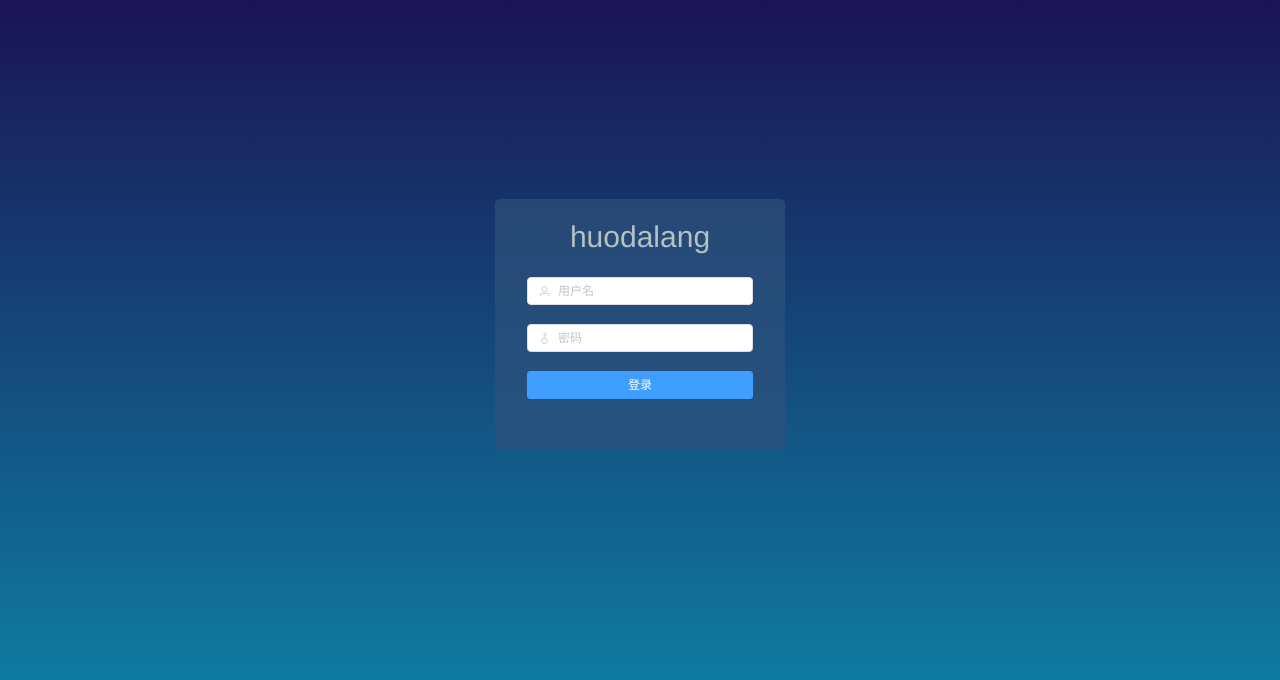
Repository: gaoxinke88888888/vue2-router-template
Page: /
The author's editor kept a copy of each file at every save. The page is drawn from the files as they stood at one save, then again after the next save.
The browser window is 1280 px wide. The pictures show the whole page.
The project was rebuilt for these pictures with package versions that can differ from the ones it lists, and the page was loaded fresh each time. Also part of the build but not shown: vue.config.js.

Above is the page before, as saved 2022-04-01 14:56:49.

### src/main.js
import Vue from "vue";
import ElementUI from 'element-ui';
import 'element-ui/lib/theme-chalk/index.css';
import App from "./App";

import router from './router/index.js'

Vue.use(ElementUI)

new Vue({
  el: "#app",
  router,
  render: (h) => h(App),
});

// new Vue({
//   el: "#app",
//   router: router,
//   render: (h) => h(App)
// });

### src/App.vue
<template>
  <div id="app">
    <router-view></router-view>
  </div>
</template>

<script>

export default {
  name: 'App'
}
</script>

<style>
#app {
  font-family: Avenir, Helvetica, Arial, sans-serif;
  -webkit-font-smoothing: antialiased;
  -moz-osx-font-smoothing: grayscale;
  color: #2c3e50;
  width: 100%;
  height: 100%;
}
html,body{
width: 100%;
height: 100%;
margin: 0 0 0 0;
}
</style>

### src/router/index.js

import VueRouter from 'vue-router'
import Vue from 'vue'
Vue.use(VueRouter)
const routes = [
  {
  path: '/',
  alias: '/home',
  name: 'home',
  meta: {},
  component: () => import('../view/home.vue'),
  },
  {
    path: '/login',
    name: 'login',
    meta: {},
    component: () => import('../view/login.vue'),
    },
]
const router = new VueRouter({
        routes,
        mode: 'history'
    })
router.beforeEach((to, from, next) => {
  let token = localStorage.getItem("token") || "";
  console.log(token);
  if (token) {
    next();
  } else {
    if (to.path == "/login") {
      next();
    } else {
      next({ path: "/login" });
    }
  }
})
export default router

### src/view/login.vue
<template>
  <div class="login_container">
    <div class="login_box">
      <div class="title">huodalang</div>
      <el-form size="mini">
        <el-form-item>
          <el-input
            placeholder="用户名"
            prefix-icon="el-icon-user"
            v-model="loginInfo.name"
          >
          </el-input>
        </el-form-item>
        <el-form-item>
          <el-input
            placeholder="密码"
            show-password
            prefix-icon="el-icon-key"
            v-model="loginInfo.pwd"
          ></el-input>
        </el-form-item>
        <el-form-item>
          <el-button type="primary" @click="login">登录</el-button>
        </el-form-item>
      </el-form>
    </div>
  </div>
</template>

<script>
import axios from "axios";
export default {
  name: "App",
  data() {
    return {
      loginInfo: {
        name: "",
        pwd: "",
      },
    };
  },
  created() {},
  methods: {
    async login() {
      if (this.loginInfo.name != "" && this.loginInfo.pwd != "") {
        const { data: res } = await axios.post("/api/login", {
          username: this.loginInfo.name,
          password: this.loginInfo.pwd,
        });
        if (res.code != null && res.code == 200) {
          localStorage.setItem("tuso_token",res.data.token)
          localStorage.setItem("tuso_user",res.data.username)
          this.$router.push("/");
          this.$message({
            message: res.message,
            type: "success",
          });
          console.log(res.data);
        } else {
          this.$message({
            message: res.message,
            type: "warning",
          });
        }
      }
    },
  },
};
</script>

<style scoped>
.title {
  position: absolute;
  left: 50%;
  top: 15%;
  transform: translate(-50%, -50%);
  font-size: 30px;
  color: rgb(178, 194, 197);
}
.login_container {
  background-image: linear-gradient(-180deg, #1a1454 0%, #0e81a5 100%);
  /*background-image: url("../images/bg_login.png");*/
  background-repeat: no-repeat;
  background-size: cover;
  height: 100%;
}
.login_box {
  width: 290px;
  height: 250px;
  /* background-color: #fff; */
  background-color: #2e527bb3;
  border-radius: 5px;

  position: absolute;
  left: 50%;
  top: 45%;
  transform: translate(-50%, -50%);
}
.el-form {
  padding: 32px;
  position: absolute;
  bottom: 0;
  width: 100%;
  box-sizing: border-box;
}
.el-button {
  width: 100%;
}
.code {
  width: 45%;
}
img {
  /* style="width: 100px; height: 30px; margin-left:5px;vertical-align: middle;" */
  display: line-inline;
  width: 45%;
  height: 28px;
  margin-left: 10px;
  vertical-align: middle;
  border-radius: 3px;
}
.rememberMe {
  color: #fff;
}
</style>

### src/service/http.js
import axios from 'axios';
import Vue from "vue";
import router from "@/router/index"

axios.defaults.headers.post['Content-Type'] = 'application/json; charset=utf-8';
axios.defaults.crossDomain = true;
axios.defaults.withCredentials = true;
axios.defaults.headers.common['Authorization'] = '';
axios.interceptors.request.use(
    config => {
        const token = localStorage.tuso_token;
        token && (config.headers.Authorization = 'Bearer' + ' ' + token);
        return config;
    },
    error => {
        return Promise.error(error);
    }
)
axios.interceptors.response.use(
    response => {
        console.log(response);
        if (response.data.code==200) {
            return response;
        } else {
            Vue.prototype.$message({
                message: response.data.message,
                type: "warning",
              });
              localStorage.clear();
              router.push("/login")
            return response;
        }
    },

    // 可根据错误响应码判断状态，做出相应的处理
    error => {
        return Promise.reject(error.response);
        // if (error.response.code) {
        //     switch (error.response.code) {
        //         // 401: 未登录
        //         // 未登录时跳转登录界面，登录成功后回调登录前被拦截的地址 query.redirect
        //         case 401:
        //             router.replace({
        //                 path: '/toLogin',
        //                 query: {
        //                     redirect: router.currentRoute.fullPath
        //                 }
        //             });
        //             break;

        //         // 403 token过期
        //         // 清空本地存储的token，跳转登录界面
        //         case 403:
        //              Toast({
        //                 message: '登录过期，请重新登录',
        //                 duration: 1000,
        //                 forbidClick: true
        //             });
        //             // 清除token
        //             localStorage.removeItem('token');
        //             store.commit('loginSuccess', null);
        //             // 登录成功后回调登录前被拦截的地址 query.redirect
        //             setTimeout(() => {
        //                 router.replace({
        //                     path: '/login',
        //                     query: {
        //                         redirect: router.currentRoute.fullPath
        //                     }
        //                 });
        //             }, 1000);
        //             break;

        //         // 404请求不存在
        //         case 404:
        //             Toast({
        //                 message: '网络请求不存在',
        //                 duration: 1500,
        //                 forbidClick: true
        //             });
        //             break;
        //         // 其他错误，弹出对应的响应信息
        //         default:
        //             Toast({
        //                 message: error.response.data.message,
        //                 duration: 1500,
        //                 forbidClick: true
        //             });
        //     }
        //     return Promise.reject(error.response);
        // }
    }
);
export default axios;

Loaded but not shown: public/index.html (common file)

After the next save:
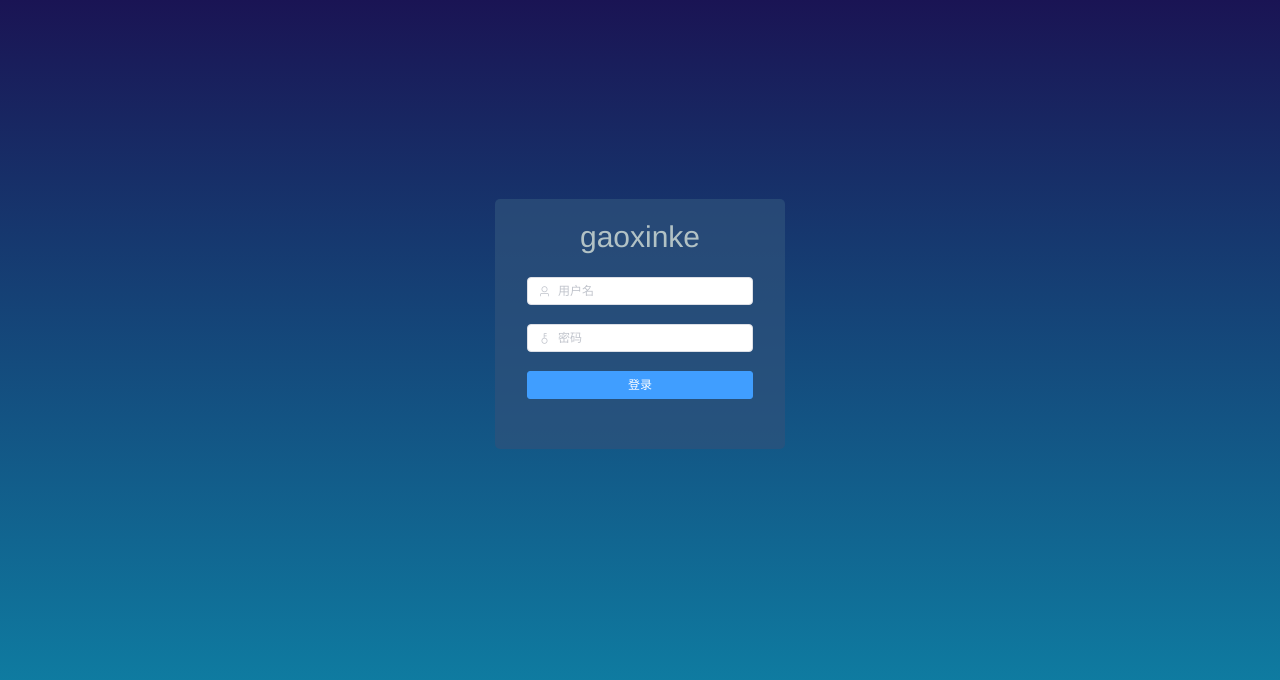
Saved 73 s later.
--- a/src/view/login.vue
+++ b/src/view/login.vue
@@ -1,7 +1,7 @@
 <template>
   <div class="login_container">
     <div class="login_box">
-      <div class="title">huodalang</div>
+      <div class="title">gaoxinke</div>
       <el-form size="mini">
         <el-form-item>
           <el-input
@@ -28,7 +28,7 @@
 </template>
 
 <script>
-import axios from "axios";
+import http from "@/service/http";
 export default {
   name: "App",
   data() {
@@ -43,7 +43,7 @@ export default {
   methods: {
     async login() {
       if (this.loginInfo.name != "" && this.loginInfo.pwd != "") {
-        const { data: res } = await axios.post("/api/login", {
+        const { data: res } = await http.post("/api/login", {
           username: this.loginInfo.name,
           password: this.loginInfo.pwd,
         });
@@ -55,7 +55,6 @@ export default {
             message: res.message,
             type: "success",
           });
-          console.log(res.data);
         } else {
           this.$message({
             message: res.message,
